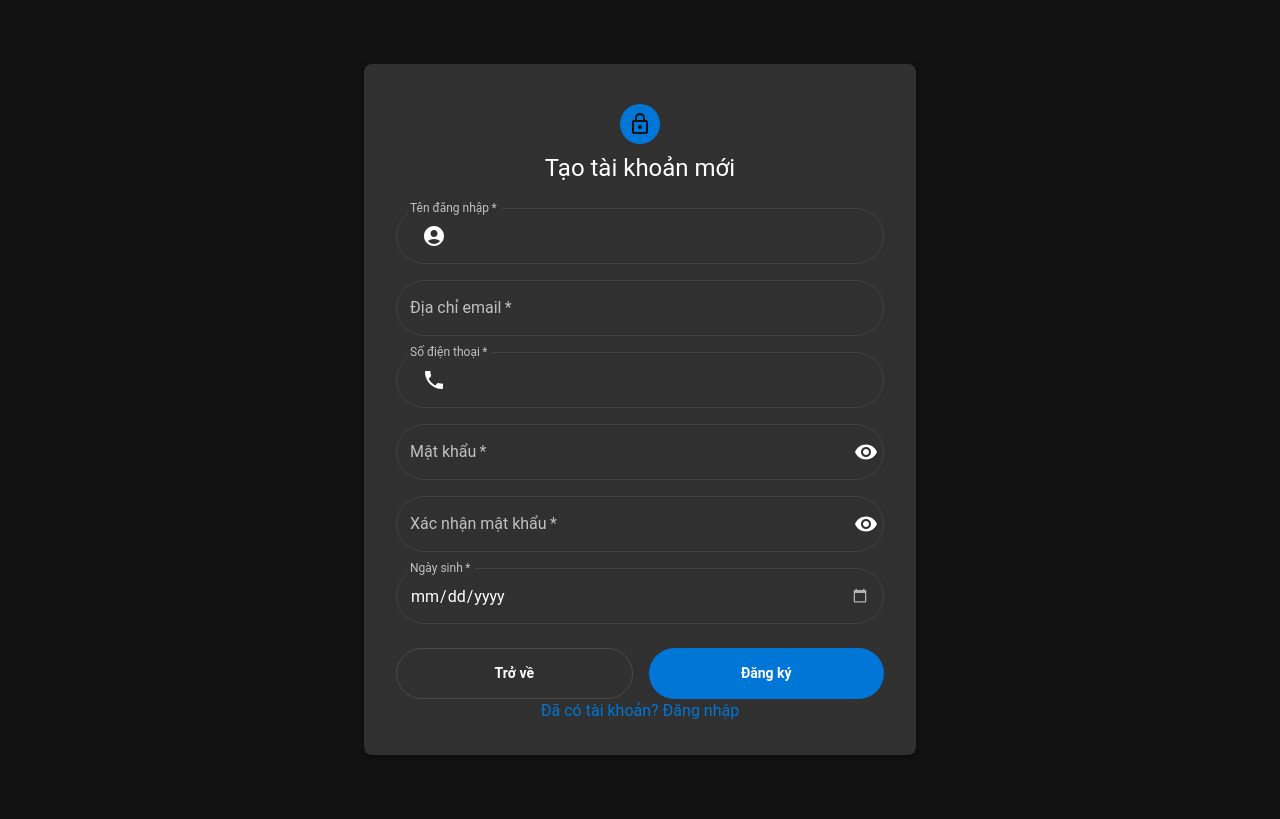
Repository: thtrunghau/ecommerce-ui-dacntt
Page: /auth/register
These files come from the project's save history. The page is drawn as it stood at one moment and after the next save; the edit follows.
The browser window is 1280 px wide. The pictures show the whole page.
The project was rebuilt for these pictures with package versions that can differ from the ones it lists, and the page was loaded fresh each time. Also part of the build but not shown: vite.config.ts, src/mockData/mockData.ts, src/utils/helpers.ts, src/components/shared/NavDropdown.tsx, src/components/shared/UserMenu.tsx, src/components/shared/Header.tsx, src/components/common/RoundedButton.tsx, src/components/features/home/HeroSection.tsx and 7 more.

Above is the page before, as saved 2025-06-13 00:20:34.

### src/index.css
@tailwind base;
@tailwind components;
@tailwind utilities;

/* Custom line clamp utilities */
.line-clamp-2 {
  display: -webkit-box;
  -webkit-line-clamp: 2;
  -webkit-box-orient: vertical;
  overflow: hidden;
}

/* Animation utilities */
@keyframes fade-in-up {
  from {
    opacity: 0;
    transform: translateY(20px);
  }
  to {
    opacity: 1;
    transform: translateY(0);
  }
}

.animate-fade-in-up {
  animation: fade-in-up 0.6s ease-out;
}

### src/App.tsx
import { BrowserRouter as Router, Routes, Route } from "react-router-dom";
import Header from "./components/shared/Header";
import Home from "./pages/Home";
import Footer from "./components/shared/Footer";
import { AuthProvider } from "./contexts/AuthContext";
import Register from "./pages/auth/Register";
import Login from "./pages/auth/Login";
import RegisterStandalone from "./pages/auth/RegisterStandalone";
import LoginStandalone from "./pages/auth/LoginStandalone";

export default function App() {
  return (
    <AuthProvider>
      <Router>
        {" "}
        <Routes>
          {" "}
          {/* Auth routes */}
          <Route path="/auth">
            <Route path="register" element={<RegisterStandalone />} />
            <Route path="login" element={<LoginStandalone />} />
          </Route>
          {/* Main layout routes with header/footer */}
          <Route
            path="/*"
            element={
              <div className="flex min-h-screen flex-col">
                <Header />
                <main className="flex-grow pt-24 lg:pt-28">
                  <Routes>
                    <Route path="/" element={<Home />} />
                    <Route path="/register" element={<Register />} />
                    <Route path="/login" element={<Login />} />
                    {/* Add other routes here as needed */}
                  </Routes>
                </main>
                <Footer />
              </div>
            }
          />
        </Routes>
      </Router>
    </AuthProvider>
  );
}

### src/contexts/AuthContext.tsx
import {
  createContext,
  useContext,
  useState,
  type ReactNode,
  useMemo,
} from "react";

interface User {
  id: string;
  username: string;
  email: string;
  phone?: string; // Thêm trường số điện thoại
  name?: string;
  avatar?: string;
}

interface AuthContextType {
  isAuthenticated: boolean;
  user: User | null;
  login: (user: User) => void;
  logout: () => void;
  register: (user: User) => void;
}

const AuthContext = createContext<AuthContextType | undefined>(undefined);

export const AuthProvider = ({ children }: { children: ReactNode }) => {
  const [user, setUser] = useState<User | null>(null);

  // Kiểm tra trạng thái xác thực từ localStorage khi khởi động
  const isAuthenticated = Boolean(user);

  const login = (userData: User) => {
    setUser(userData);
    localStorage.setItem("user", JSON.stringify(userData));
  };

  const logout = () => {
    setUser(null);
    localStorage.removeItem("user");
  };

  const register = (userData: User) => {
    // Trong thực tế, đây là nơi bạn sẽ gọi API đăng ký
    setUser(userData);
    localStorage.setItem("user", JSON.stringify(userData));
  };

  const value = useMemo(
    () => ({
      isAuthenticated,
      user,
      login,
      logout,
      register,
    }),
    [isAuthenticated, user],
  );

  return <AuthContext.Provider value={value}>{children}</AuthContext.Provider>;
};

export const useAuth = () => {
  const context = useContext(AuthContext);
  if (context === undefined) {
    throw new Error("useAuth must be used within an AuthProvider");
  }
  return context;
};

### src/pages/auth/RegisterStandalone.tsx
import React, { useState } from "react";
import { Link, useNavigate } from "react-router-dom";
import {
  Container,
  Box,
  Typography,
  TextField,
  Button,
  Paper,
  Avatar,
  IconButton,
  InputAdornment,
  ThemeProvider,
  createTheme,
  CssBaseline,
  Alert,
} from "@mui/material";
import {
  Visibility,
  VisibilityOff,
  AccountCircle,
  LockOutlined,
  Phone as PhoneIcon,
} from "@mui/icons-material";
import useAuthStore from "../../store/authStore";

const darkTheme = createTheme({
  palette: {
    mode: "dark",
    primary: { main: "#0076d7" },
    secondary: { main: "#30336b" },
    background: { default: "#121212", paper: "#1e1e1e" },
  },
  typography: {
    fontFamily: '"Samsung One", "Roboto", "Helvetica", "Arial", sans-serif',
  },  components: {
    MuiTextField: {
      styleOverrides: {
        root: {
          "& .MuiOutlinedInput-root": {
            "& fieldset": { borderRadius: "9999px", borderColor: "#444" },
            "&:hover fieldset": { borderColor: "#666" },
            "&.Mui-focused fieldset": { borderColor: "#0076d7" },
          },
          "& .MuiInputBase-input": {
            padding: "16.5px 14px",
          },
          "& .MuiInputAdornment-root": {
            marginLeft: "12px",
            marginRight: "-4px",
          },
        },
      },
    },
    MuiButton: {
      styleOverrides: {
        root: {
          borderRadius: "4px",
          textTransform: "none",
          fontWeight: 600,            boxShadow: "none",
            padding: "12px 24px",
            borderRadius: "9999px",
            "&:hover": { boxShadow: "none" },
        },
        contained: {
          backgroundColor: "#0076d7",
          "&:hover": { backgroundColor: "#0067be" },
        },
        outlined: {
          borderColor: "rgba(255, 255, 255, 0.12)",
          color: "#fff",
          "&:hover": {
            borderColor: "rgba(255, 255, 255, 0.24)",
            backgroundColor: "rgba(255, 255, 255, 0.04)",
          },
        },
      },
    },
  },
});

interface FormData {
  username: string;
  email: string;
  phone: string;
  dateOfBirth: string;
  password: string;
  confirmPassword: string;
}

const initialFormData: FormData = {
  username: "",
  email: "",
  phone: "",
  dateOfBirth: "",
  password: "",
  confirmPassword: "",
};

const RegisterStandalone: React.FC = () => {
  const navigate = useNavigate();
  const { register } = useAuthStore();
  const [formData, setFormData] = useState<FormData>(initialFormData);
  const [showPassword, setShowPassword] = useState<boolean>(false);
  const [showConfirmPassword, setShowConfirmPassword] =
    useState<boolean>(false);
  const [errors, setErrors] = useState<Partial<FormData>>({});
  const [formError, setFormError] = useState<string | null>(null);

  const handleChange = (e: React.ChangeEvent<HTMLInputElement>) => {
    const { name, value } = e.target;
    setFormData((prev) => ({ ...prev, [name]: value }));
    if (errors[name as keyof FormData]) {
      setErrors((prev) => ({ ...prev, [name]: undefined }));
    }
    if (formError) setFormError(null);
  };

  const validateForm = (): boolean => {
    const newErrors: Partial<FormData> = {};
    let isValid = true;
    if (!formData.username.trim()) {
      newErrors.username = "Tên đăng nhập là bắt buộc";
      isValid = false;    } else if (formData.username.length < 3) {
      newErrors.username = "Tên đăng nhập phải có ít nhất 3 ký tự";
      isValid = false;
    }
    if (!formData.dateOfBirth) {
      newErrors.dateOfBirth = "Ngày sinh là bắt buộc";
      isValid = false;
    } else {
      const birthDate = new Date(formData.dateOfBirth);
      const today = new Date();
      if (birthDate >= today) {
        newErrors.dateOfBirth = "Ngày sinh không hợp lệ";
        isValid = false;
      }
    }
    if (!formData.email.trim()) {
      newErrors.email = "Email là bắt buộc";
      isValid = false;
    } else {
      const emailRegex = /^[^\s@]+@[^\s@]+\.[^\s@]+$/;
      if (!emailRegex.test(formData.email)) {
        newErrors.email = "Email không hợp lệ";
        isValid = false;
      }
    }
    if (!formData.phone.trim()) {
      newErrors.phone = "Số điện thoại là bắt buộc";
      isValid = false;
    } else {
      const phoneRegex = /^0\d{9}$/;
      if (!phoneRegex.test(formData.phone)) {
        newErrors.phone =
          "Số điện thoại không hợp lệ (phải có 10 số và bắt đầu bằng 0)";
        isValid = false;
      }
    }
    if (!formData.password) {
      newErrors.password = "Mật khẩu là bắt buộc";
      isValid = false;
    } else if (formData.password.length < 6) {
      newErrors.password = "Mật khẩu phải có ít nhất 6 ký tự";
      isValid = false;
    }
    if (formData.password !== formData.confirmPassword) {
      newErrors.confirmPassword = "Mật khẩu xác nhận không khớp";
      isValid = false;
    }
    setErrors(newErrors);
    return isValid;
  };

  const handleSubmit = (e: React.FormEvent<HTMLFormElement>) => {
    e.preventDefault();
    if (validateForm()) {
      try {
        const newUser = {
          id: crypto.randomUUID(),
          username: formData.username,
          email: formData.email,
          phone: formData.phone,
        };
        register(newUser);
        navigate("/");
      } catch (error) {
        setFormError("Đã xảy ra lỗi khi đăng ký. Vui lòng thử lại.");
        console.error("Registration error:", error);
      }
    }
  };

  return (
    <ThemeProvider theme={darkTheme}>
      <CssBaseline />
      <Container component="main" maxWidth="sm" sx={{ mb: 8, mt: 8 }}>
        <Paper
          elevation={3}
          sx={{
            p: 4,
            display: "flex",
            flexDirection: "column",
            alignItems: "center",
            bgcolor: "background.paper",
            borderRadius: 2,
          }}
        >
          <Avatar sx={{ m: 1, bgcolor: "primary.main" }}>
            <LockOutlined />
          </Avatar>
          <Typography component="h1" variant="h5" sx={{ mb: 3 }}>
            Tạo tài khoản mới
          </Typography>
          {formError && (
            <Alert severity="error" sx={{ width: "100%", mb: 2 }}>
              {formError}
            </Alert>
          )}
          <Box component="form" onSubmit={handleSubmit} sx={{ width: "100%" }}>
            <div className="flex flex-col gap-4">
              <TextField
                name="username"
                required
                fullWidth
                id="username"
                label="Tên đăng nhập"
                value={formData.username}
                onChange={handleChange}
                error={Boolean(errors.username)}
                helperText={errors.username}
                InputProps={{
                  startAdornment: (
                    <InputAdornment position="start">
                      <AccountCircle sx={{ color: "action.active" }} />
                    </InputAdornment>
                  ),
                }}
              />
              <TextField
                required
                fullWidth
                id="email"
                label="Địa chỉ email"
                name="email"
                autoComplete="email"
                value={formData.email}
                onChange={handleChange}
                error={Boolean(errors.email)}
                helperText={errors.email}
              />
              <TextField
                required
                fullWidth
                id="phone"
                label="Số điện thoại"
                name="phone"
                autoComplete="tel"
                value={formData.phone}
                onChange={handleChange}
                error={Boolean(errors.phone)}
                helperText={errors.phone}
                InputProps={{
                  startAdornment: (
                    <InputAdornment position="start">
                      <PhoneIcon sx={{ color: "action.active" }} />
                    </InputAdornment>
                  ),
                }}
              />
              <TextField
                required
                fullWidth
                name="password"
                label="Mật khẩu"
                type={showPassword ? "text" : "password"}
                id="password"
                autoComplete="new-password"
                value={formData.password}
                onChange={handleChange}
                error={Boolean(errors.password)}
                helperText={errors.password}
                InputProps={{
                  endAdornment: (
                    <InputAdornment position="end">
                      <IconButton
                        aria-label="toggle password visibility"
                        onClick={() => setShowPassword(!showPassword)}
                        edge="end"
                      >
                        {showPassword ? <VisibilityOff /> : <Visibility />}
                      </IconButton>
                    </InputAdornment>
                  ),
                }}
              />              <TextField
                required
                fullWidth
                name="confirmPassword"
                label="Xác nhận mật khẩu"
                type={showConfirmPassword ? "text" : "password"}
                id="confirmPassword"
                value={formData.confirmPassword}
                onChange={handleChange}
                error={Boolean(errors.confirmPassword)}
                helperText={errors.confirmPassword}
                InputProps={{
                  endAdornment: (
                    <InputAdornment position="end">
                      <IconButton
                        aria-label="toggle confirm password visibility"
                        onClick={() =>
                          setShowConfirmPassword(!showConfirmPassword)
                        }
                        edge="end"
                      >
                        {showConfirmPassword ? (
                          <VisibilityOff />
                        ) : (
                          <Visibility />
                        )}
                      </IconButton>
                    </InputAdornment>
                  ),
                }}
              />
              <TextField
                required
                fullWidth
                id="dateOfBirth"
                label="Ngày sinh"
                name="dateOfBirth"
                type="date"
                value={formData.dateOfBirth}
                onChange={handleChange}
                error={Boolean(errors.dateOfBirth)}
                helperText={errors.dateOfBirth}
                InputLabelProps={{
                  shrink: true,
                }}
                sx={{
                  "& input[type=date]::-webkit-calendar-picker-indicator": {
                    filter: "invert(0.7)",
                  },
                }}
              />
            </div>
            <div className="flex gap-4 mt-6">
              <Button
                onClick={() => navigate(-1)}
                fullWidth
                variant="outlined"
                sx={{
                  borderRadius: "9999px",
                  py: 1.5,
                  borderColor: "rgba(255, 255, 255, 0.12)",
                  "&:hover": {
                    borderColor: "rgba(255, 255, 255, 0.24)",
                  },
                }}
              >
                Trở về
              </Button>
              <Button
                type="submit"
                fullWidth
                variant="contained"
                sx={{
                  borderRadius: "9999px",
                  py: 1.5,
                  bgcolor: "#0076d7",
                  "&:hover": {
                    bgcolor: "#0067be",
                  },
                }}
              >
                Đăng ký
              </Button>
            </div>
            <div className="flex justify-center">
              <Link
                to="/login"
                style={{ color: darkTheme.palette.primary.main }}
              >
                Đã có tài khoản? Đăng nhập
              </Link>
            </div>
          </Box>
        </Paper>
      </Container>
    </ThemeProvider>
  );
};

export default RegisterStandalone;

### src/store/authStore.ts
import { create } from "zustand";

interface User {
  id: string;
  username: string;
  email: string;
  phone?: string; // Thêm trường số điện thoại
  name?: string;
  avatar?: string;
}

interface AuthState {
  isAuthenticated: boolean;
  user: User | null;
  login: (user: User) => void;
  logout: () => void;
  register: (user: User) => void;
}

// Tạo Auth Store với Zustand
const useAuthStore = create<AuthState>((set) => {
  // Kiểm tra user từ localStorage
  const savedUser = localStorage.getItem("user");
  const parsedUser = savedUser ? JSON.parse(savedUser) : null;

  return {
    isAuthenticated: Boolean(parsedUser),
    user: parsedUser,

    login: (user) => {
      localStorage.setItem("user", JSON.stringify(user));
      set({ isAuthenticated: true, user });
    },

    logout: () => {
      localStorage.removeItem("user");
      set({ isAuthenticated: false, user: null });
    },

    register: (user) => {
      localStorage.setItem("user", JSON.stringify(user));
      set({ isAuthenticated: true, user });
    },
  };
});

export default useAuthStore;

### tailwind.config.js
/** @type {import('tailwindcss').Config} */
export default {
  content: ["./index.html", "./src/**/*.{js,ts,jsx,tsx}"],
  theme: {
    extend: {},
  },
  plugins: [],
  corePlugins: {
    lineClamp: true,
  },
};

Loaded but not shown: index.html (common file); src/main.tsx (common file)

After the next save:
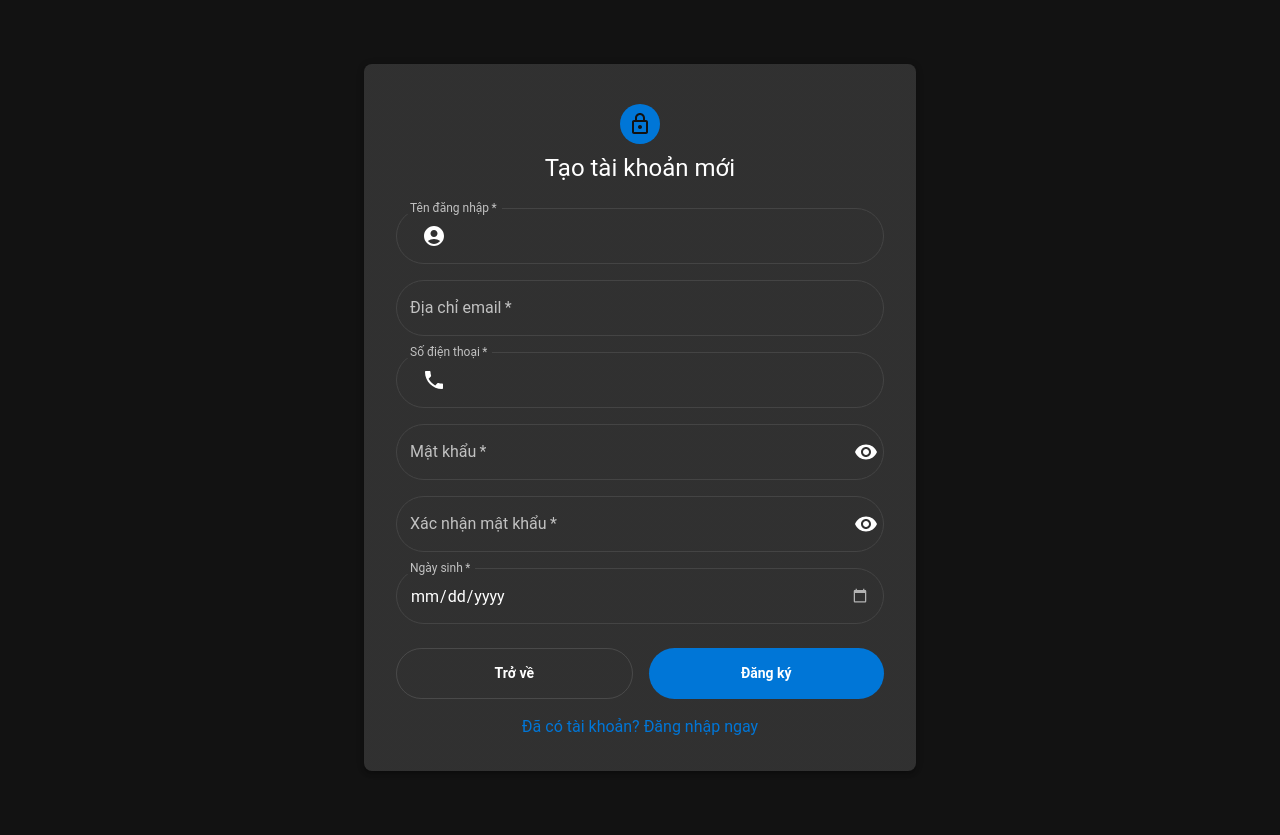
Saved 13 s later.
--- a/src/pages/auth/RegisterStandalone.tsx
+++ b/src/pages/auth/RegisterStandalone.tsx
@@ -376,13 +376,13 @@ const RegisterStandalone: React.FC = () => {
               >
                 Đăng ký
               </Button>
-            </div>
-            <div className="flex justify-center">
+            </div>            <div className="flex justify-center mt-4">
               <Link
-                to="/login"
+                to="/auth/login"
+                className="text-primary hover:text-primary/90 transition-colors duration-200"
                 style={{ color: darkTheme.palette.primary.main }}
               >
-                Đã có tài khoản? Đăng nhập
+                Đã có tài khoản? Đăng nhập ngay
               </Link>
             </div>
           </Box>
